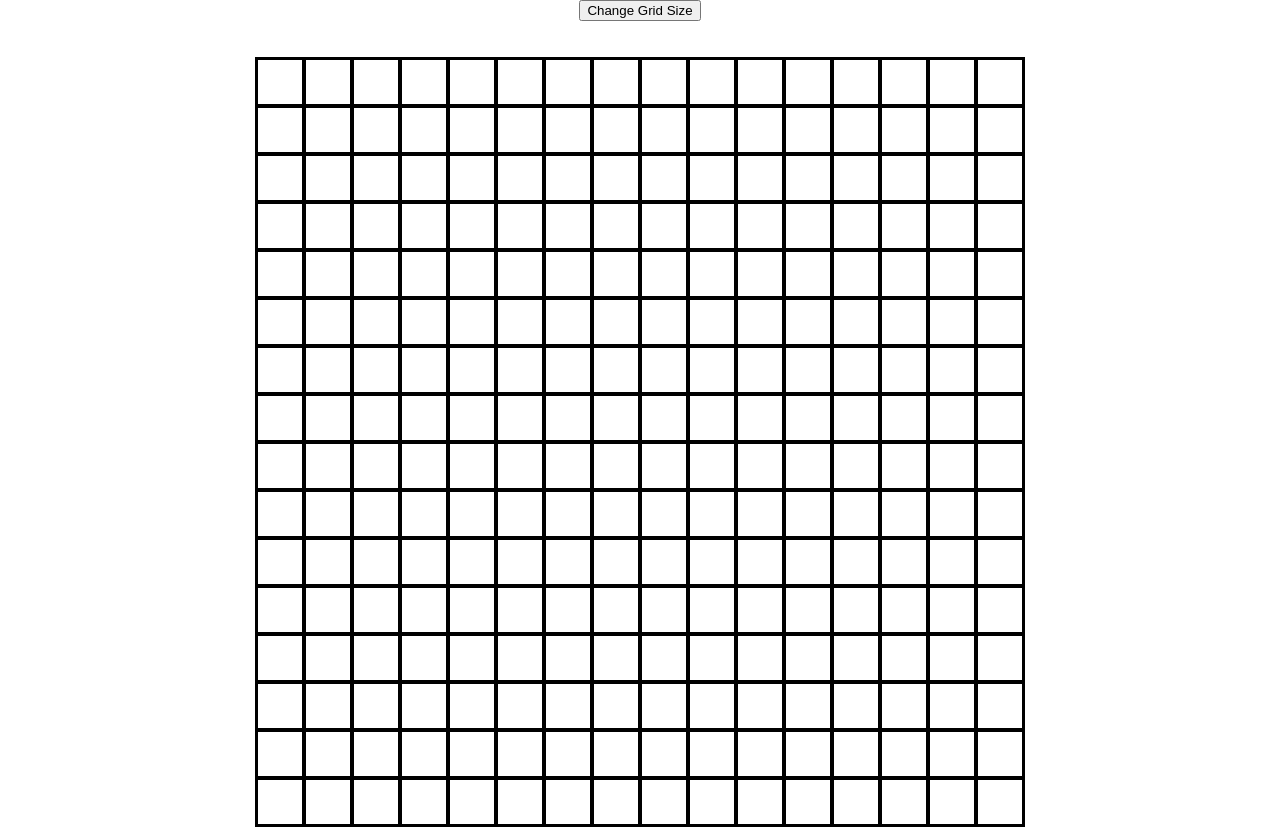
Repository: ShaneLau2/Odin-Project-Etch-a-Sketch
Page: index.html
An editor plug-in stored every save of this project. The page is shown before and after the next save, followed by the edit.
The browser window is 1280 px wide. The pictures show the whole page.

Above is the page before, as saved 2024-03-04 19:02:49.

After the next save:
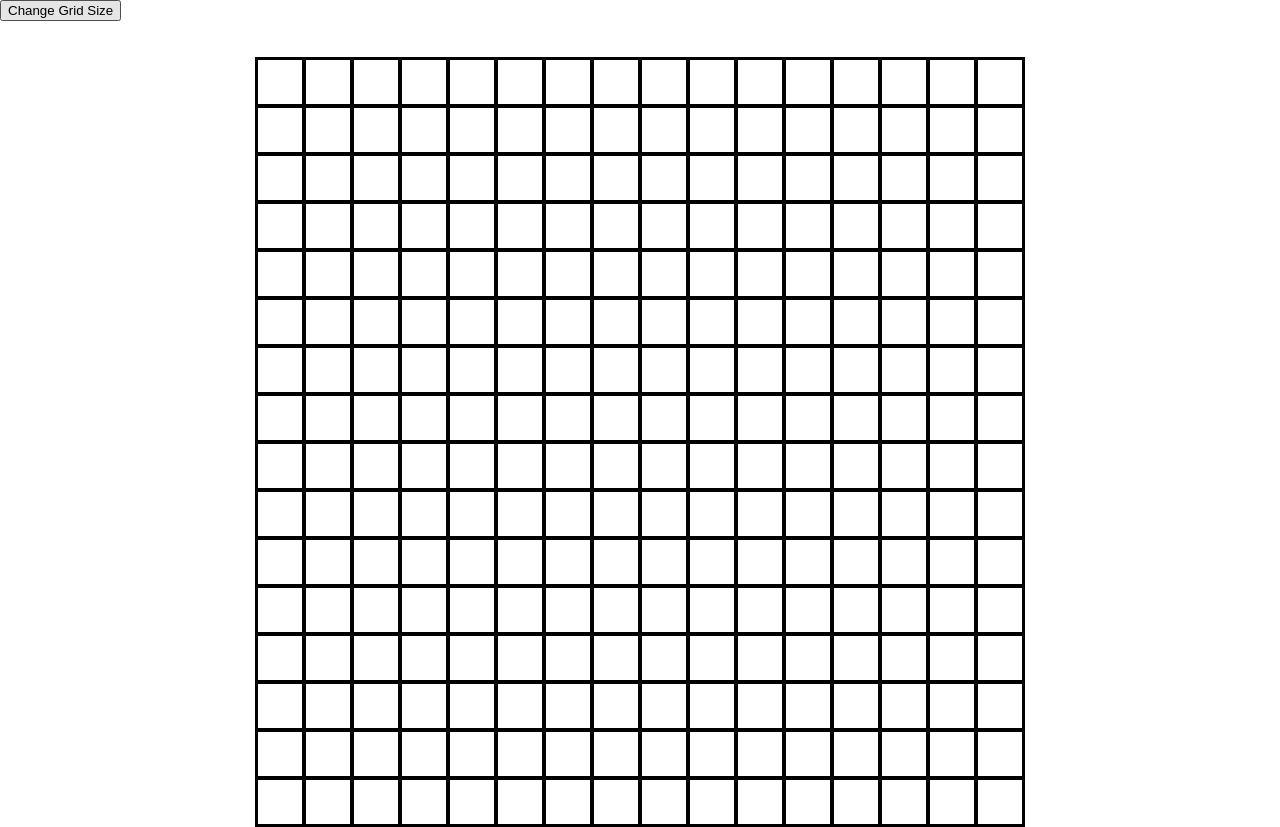
Saved 7 min 44 s later.
--- a/styles.css
+++ b/styles.css
@@ -22,8 +22,6 @@
 }
 
 .button {
-    margin-left: auto;
-    margin-right: auto;
     text-align: center;
     display: flex;
 }

After the save that followed:
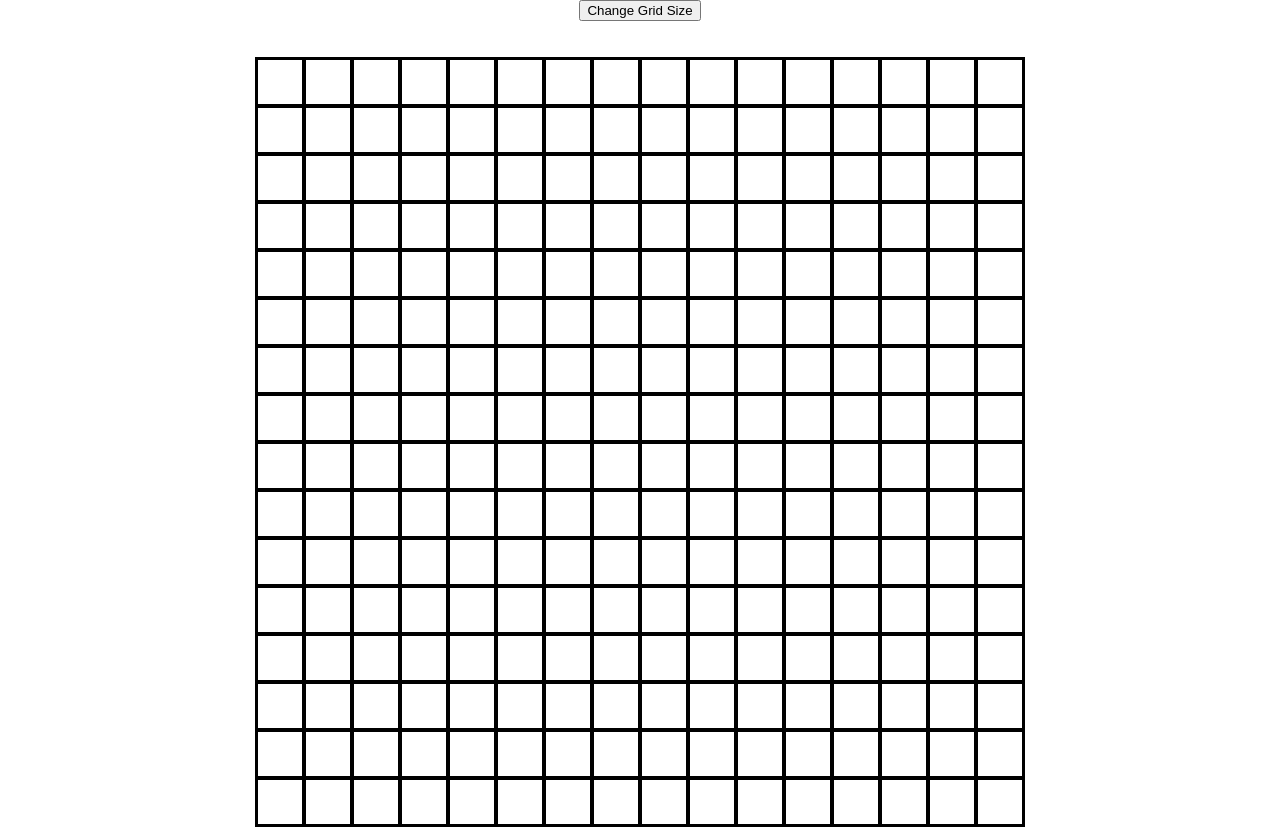
Saved 6 s later.
--- a/styles.css
+++ b/styles.css
@@ -22,6 +22,8 @@
 }
 
 .button {
+    margin-left: auto;
+    margin-right: auto;
     text-align: center;
     display: flex;
 }
